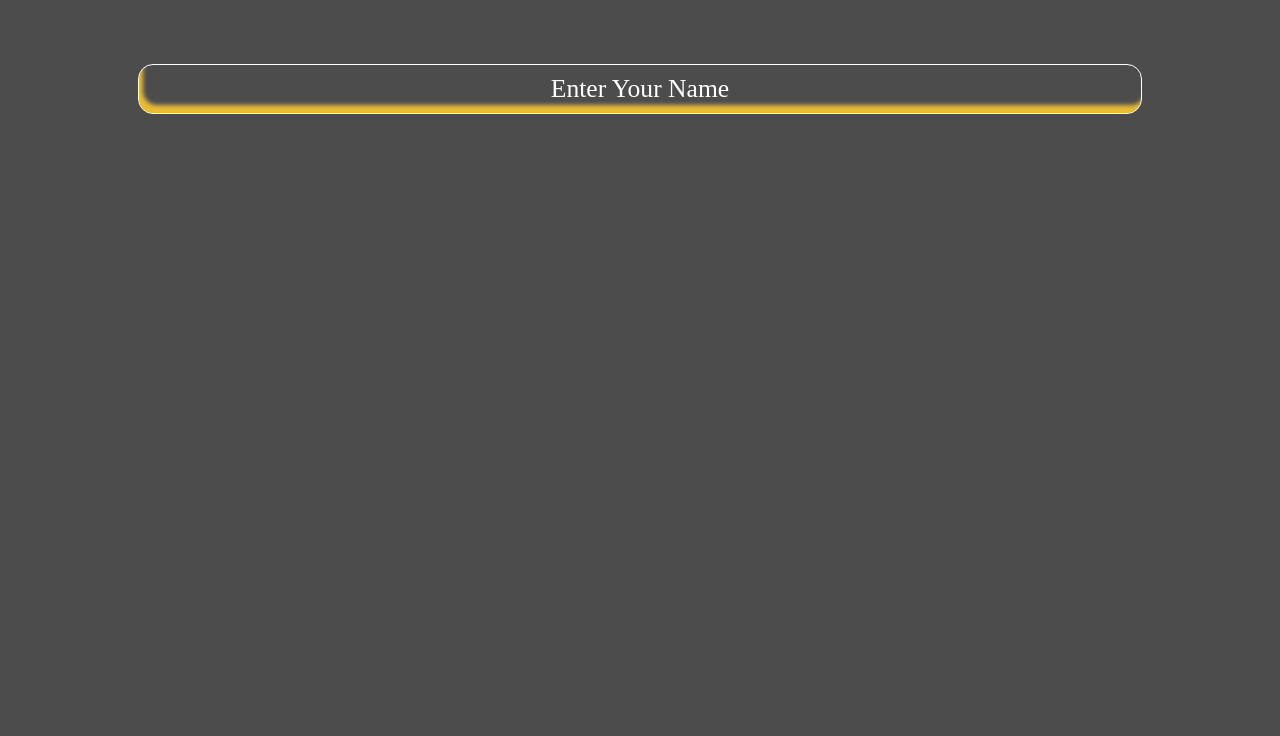
Repository: Haneef-Shaik/Greetings
Page: /
An editor plug-in stored every save of this project. The page is shown before and after the next save, followed by the edit.
The browser window is 1280 px wide. The pictures show the whole page.
The project was rebuilt for these pictures with package versions that can differ from the ones it lists, and the page was loaded fresh each time. The framework's server and built-in components were replaced by stand-ins that run in the browser. Also part of the build but not shown: next.config.js, styles/card.module.scss, components/card.js, styles/socialShare.module.scss, components/socialShare.js.

Above is the page before, as saved 2021-12-01 20:22:02.

### pages/_app.js
import '../styles/globals.css'
import 'bootstrap/dist/css/bootstrap.css'


function MyApp({ Component, pageProps }) {
  return <Component {...pageProps} />
}

export default MyApp

### pages/index.js
import Card from "../components/card.js";
import {useRouter} from 'next/router';
import Ss from "../components/socialShare"
import InpFrm from "../components/form"

export default function Home() {
  const {query} = useRouter();
  const myurls='https://gratefulprayerthankfulheart.com/wp-content/uploads/2014/12/aquawhitechristmastreegreeting.jpg';

  if(query.length > 0)
  {

    if(query.greeting)
    {
      return (
        <>
          <Card event={query.event} image={query.bgImg} name={query.name} greeting={query.greeting}  />
        </>
          )
    }
    else
    {
      return (
        <>
          <Card event={query.event} image={query.bgImg} name={query.name}  />
        </>
          )
    }

  }
  else
  {
    return (
        <>
          <InpFrm />
        </>
        )
  }
    // return (
    //   <>
        {/* <Card event='Event' image={myurls} name='Name' color='red' greeting="Lorem Ipsum is simply dummy text of the printing and typesetting industry. Lorem Ipsum has been thing software like Aldus PageMaker including versions of Lorem Ipsum."  /> */}
        {/* <Ss mylink="localhost:3000/name=haneef&event=christmas" /> */}
    {/*     <Ss mylink="localhost:3000/name=haneef&event=christmasW&sddsajnodsoduaibdadbksa" /> */}
    //   </>
    //     )

}

### components/form.js
/* eslint-disable no-undef */
import React, {useState,useRef} from 'react'

import 'bootstrap/dist/css/bootstrap.min.css';
import styles from '../styles/form.module.scss';
import IMAGE from 'next/image'


function Edit() {
    return (
        <div className="container-fluid p-2 "  style={{backgroundColor:'#4C4C4C'} }>
            <div className="container">
                <div className="row">
                    <div className="col-12">
                        <div className={styles.formContainer} >
                            <form>
                                <input type="text" placeholder="Enter Your Name" className="col-12 inpName" />
                            </form>
                        </div>
                    </div>
                </div>
            </div>
        </div>
    )
}


class InvitationCard extends React.Component{
    render(){
        return (

                <div className="body p-2" style={{backgroundColor: this.props.c,backgroundImage:`url(${this.props.im})`,backgroundSize:350,backgroundRepeat:'no-repeat'}} >
                    <h1 id="heading" style={{color: this.props.heading}}>{this.props.name}</h1>
                    <p style={{marginTop: "50px",color: this.props.content}}>{this.props.message}</p>
                    <p style={{color: this.props.content}} id="toWhom">{this.props.to}</p>
                </div>
        )
    }

}



export default Edit;

### styles/form.module.scss
.formContainer{
    padding:5%;
    height:100vh;
    background-color:#4C4C4C;
    // background: linear-gradient(#920000,#800000,#6D0000,#490000);
    input{
        text-align:center;
        font-family: 'Times New Roman', Times, serif;
        font-size:1.6rem;
        border:none;
        border: 1px solid #fff;
        background-color:transparent;
        border-radius:15px;
        box-shadow: inset 4px -8px 4px #EABC32;
        line-height:3rem;
        &::placeholder{
            color:#fff;
        }
    }
}

Loaded but not shown: styles/globals.css (common file)

After the next save:
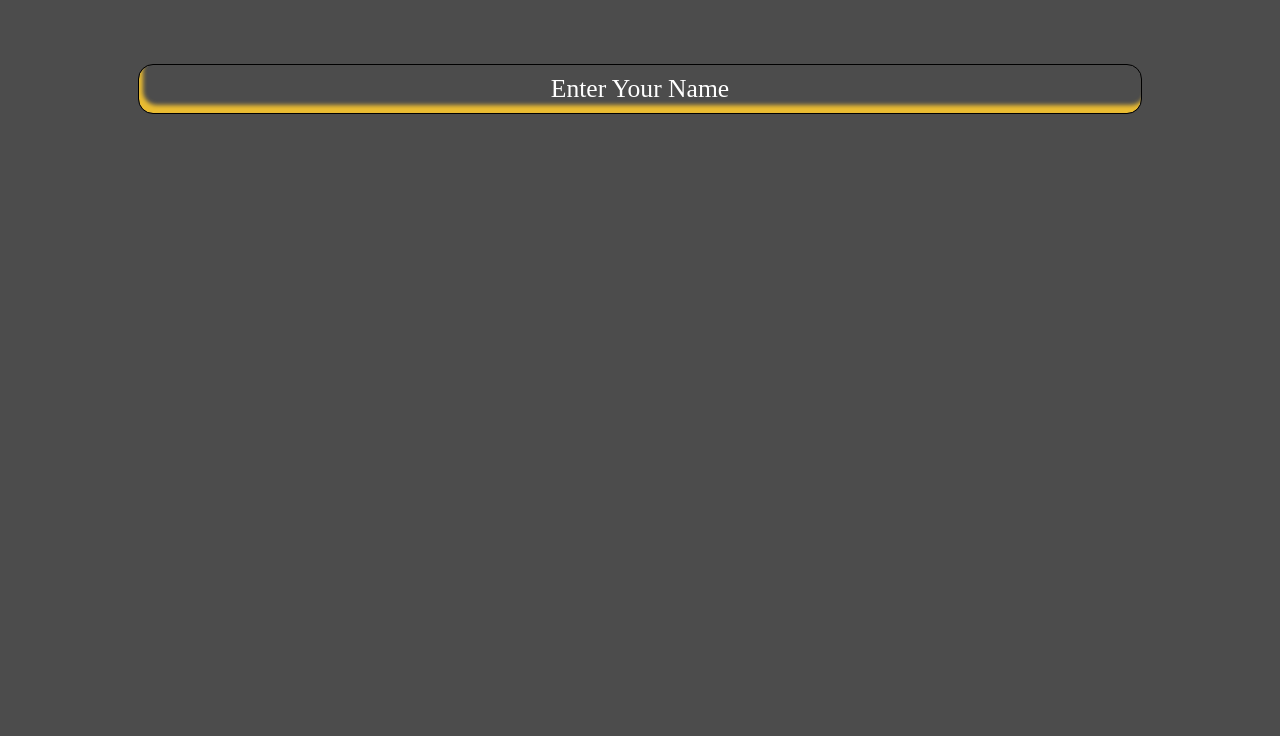
Saved 24 s later.
--- a/styles/form.module.scss
+++ b/styles/form.module.scss
@@ -8,7 +8,7 @@
         font-family: 'Times New Roman', Times, serif;
         font-size:1.6rem;
         border:none;
-        border: 1px solid #fff;
+        border: 1px solid;
         background-color:transparent;
         border-radius:15px;
         box-shadow: inset 4px -8px 4px #EABC32;
